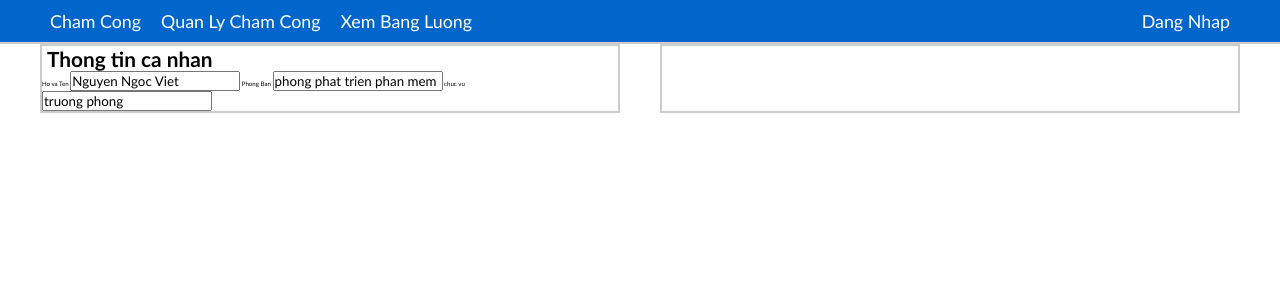
Repository: LDDUNG2003/a
Page: payroll.html
An editor plug-in stored every save of this project. The page is shown before and after the next save, followed by the edit.
The browser window is 1280 px wide. The pictures show the whole page.

Above is the page before, as saved 2023-10-15 12:26:53.

After the next save:
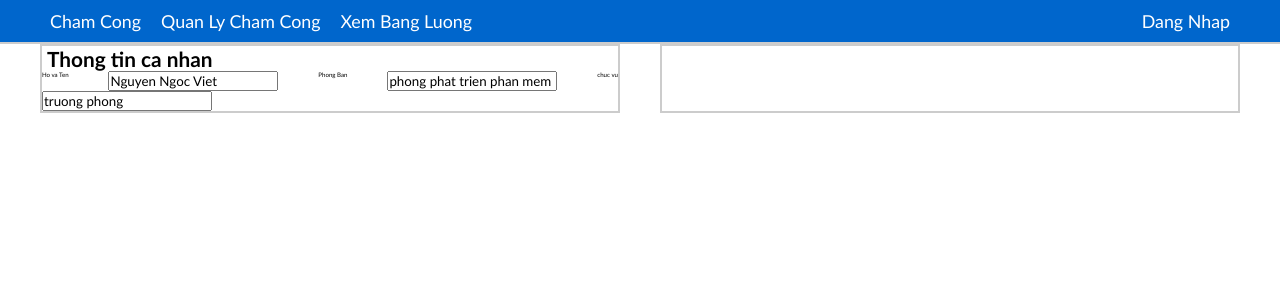
Saved 7 min 22 s later.
--- a/controlView/css/payfoll.css
+++ b/controlView/css/payfoll.css
@@ -14,7 +14,11 @@
     padding: 0px 5px;
 }
 
-.infomation {}
+.infomation {
+    display: flex;
+    flex-wrap: wrap;
+    justify-content: space-between;
+}
 
 .infomation--text {}
 
